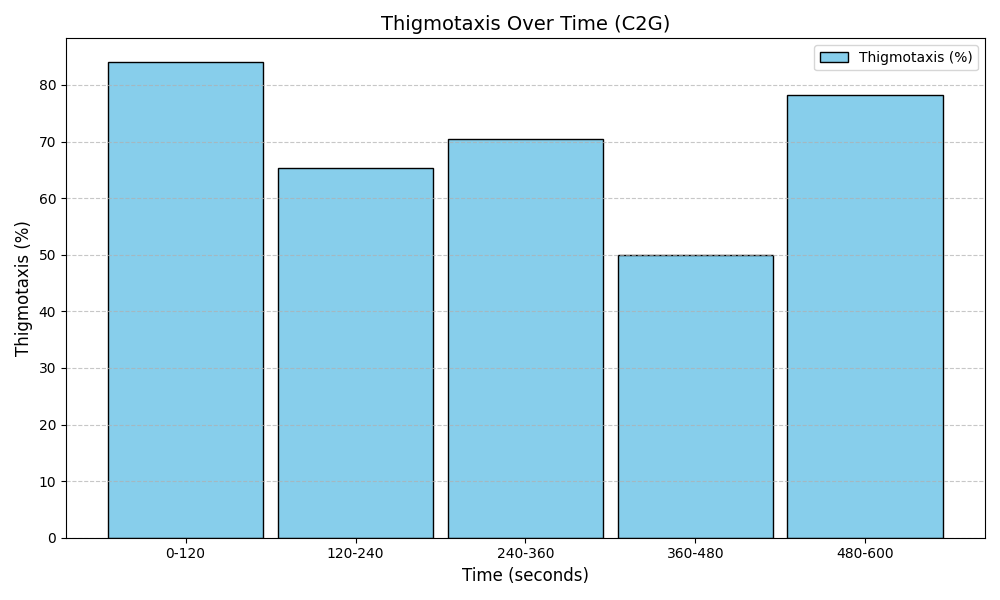
Repository: ZoharBNH5/Behavioral-Testing-Laboratory
Script's output: python bhave_tests.py
An editor plug-in stored every save of this project. The script's output is shown before and after the next save, followed by the edit.
Random numbers start from a fixed seed. It also reads C1R_271124_new.mat, C2G_271124_new.mat.

Above is the script's output before, as saved 2024-11-29 12:51:46.

After the next save:
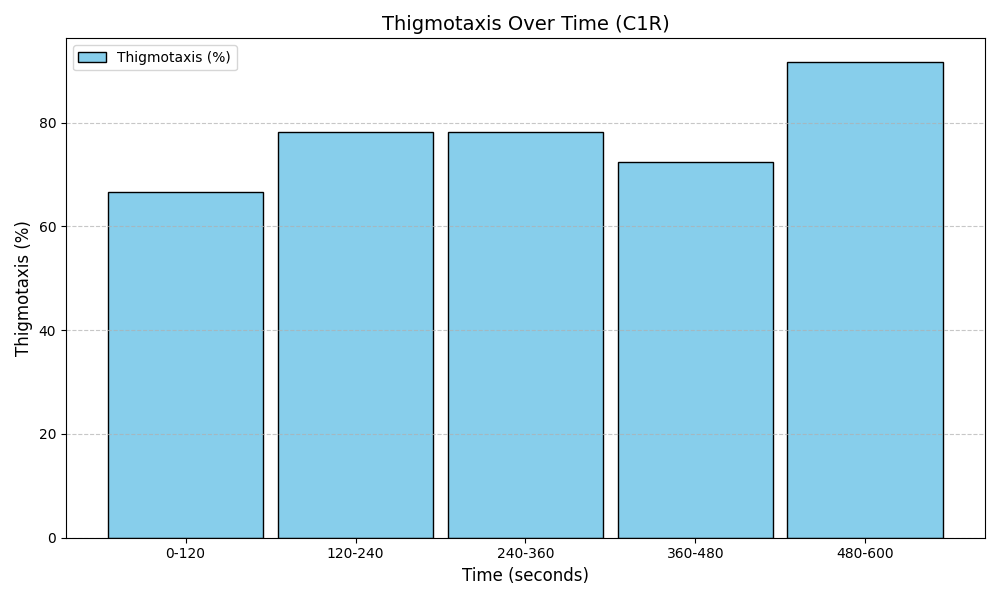
Saved 27 s later.
--- a/bhave_tests.py
+++ b/bhave_tests.py
@@ -9,8 +9,8 @@ import matplotlib.pyplot
 
 
 # load data from file
-data = loadmat('C2G_271124_new.mat')
-mouse_num = "C2G"
+data = loadmat('C1R_271124_new.mat')
+mouse_num = "C1R"
 
 print(data.keys())
 # Extract grooming start-stop data
